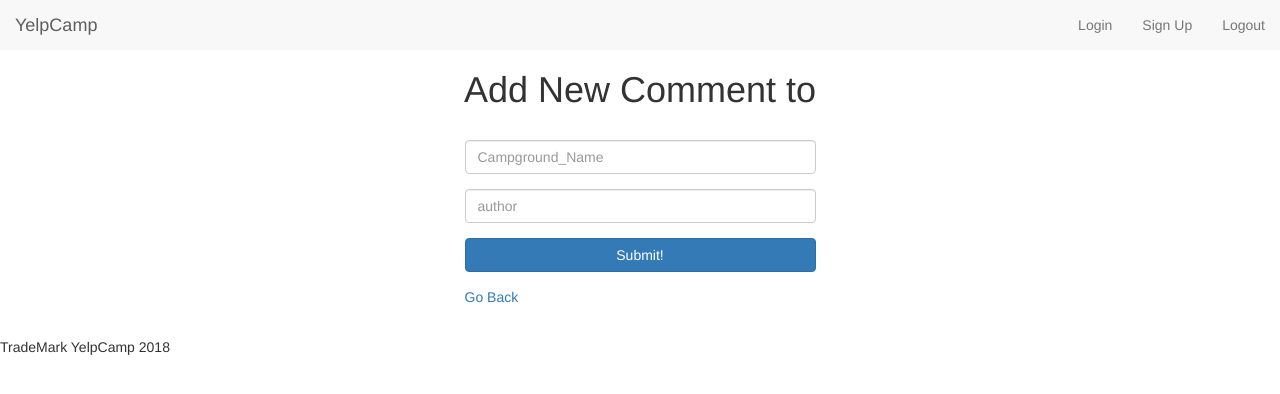
Repository: Kushagrakmr/c9backup
Page: YelpCamp/v4/views/comments/new.ejs
The author's editor kept a record of every edit. The page is drawn from the files as they stood at one moment, then again after the next edit.
The browser window is 1280 px wide. The pictures show the whole page.
The page is served by the project's Node server (YelpCamp/v4/app.js). The template is opened directly, without the code that normally fills it, so the values that code supplies are empty.

Above is the page before.

After the next edit:
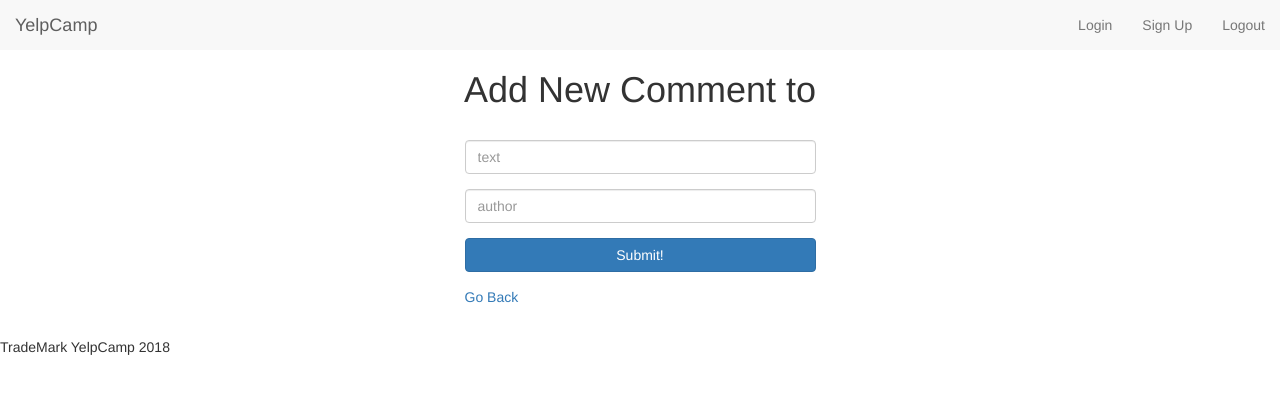
The edit:
--- a/YelpCamp/v4/views/comments/new.ejs
+++ b/YelpCamp/v4/views/comments/new.ejs
@@ -6,7 +6,7 @@
    <div style= "width:30%; margin: 30px auto;">
     <form action = "/campgrounds/<%= campground._id%>/comments" method= "POST">
      <div class="form-group">
-       <input class = "form-control" type = "text" name="name" placeholder = "Campground_Name">
+       <input class = "form-control" type = "text" name="comment[text]" placeholder = "text">
      </div>
       <div class="form-group">
        <input class= "form-control" type = "text" name="author" placeholder = "author">
